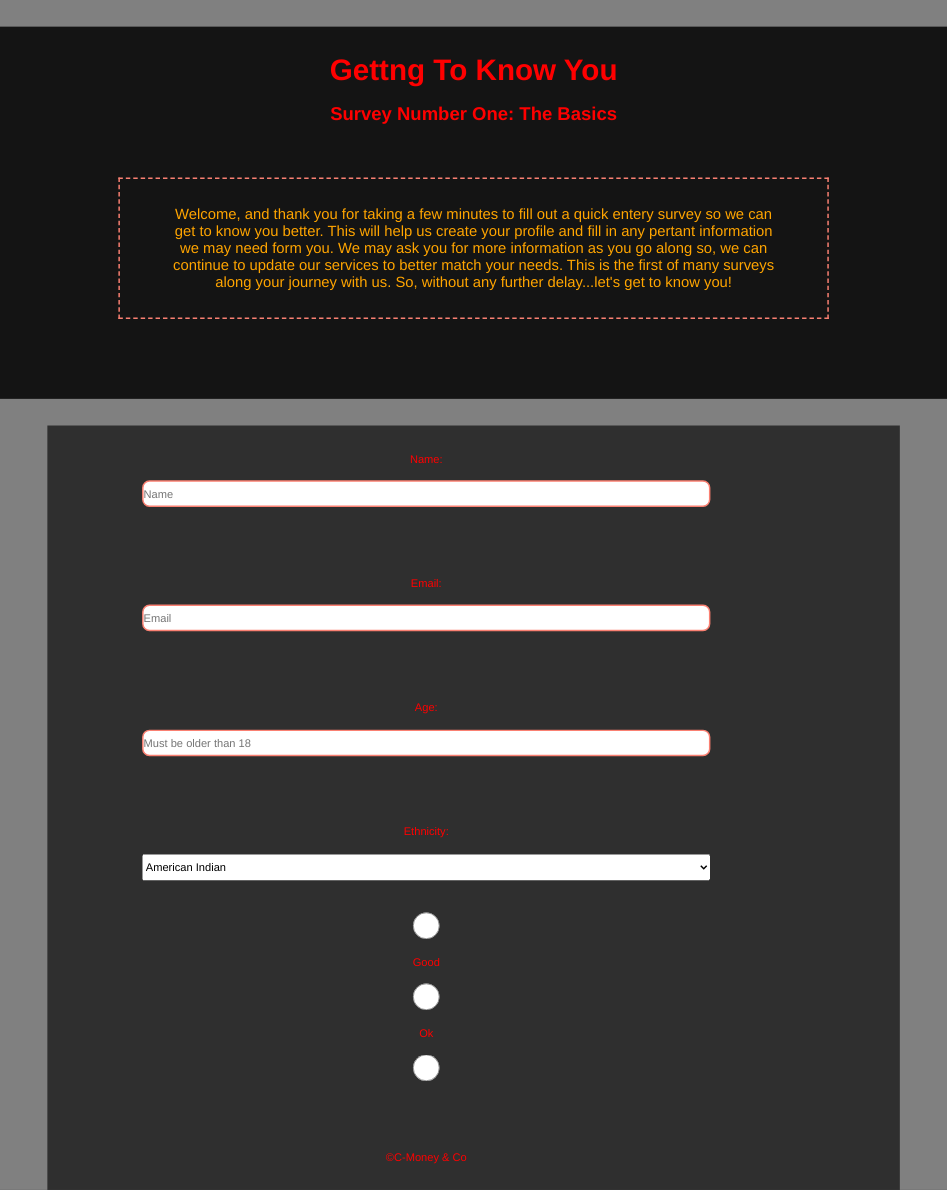
Repository: ctcoleman/surveyForm
Page: index.html
The author's editor kept a copy of each file at every save. The page is drawn from the files as they stood at one save, then again after a run of saves.
The browser window is 1280 px wide. The pictures show the whole page, at 74% of full size.

Above is the page before, as saved 2020-06-28 21:25:06.
Console error: TypeError: Cannot read properties of null (reading 'addEventListener')

After the next 2 saves:
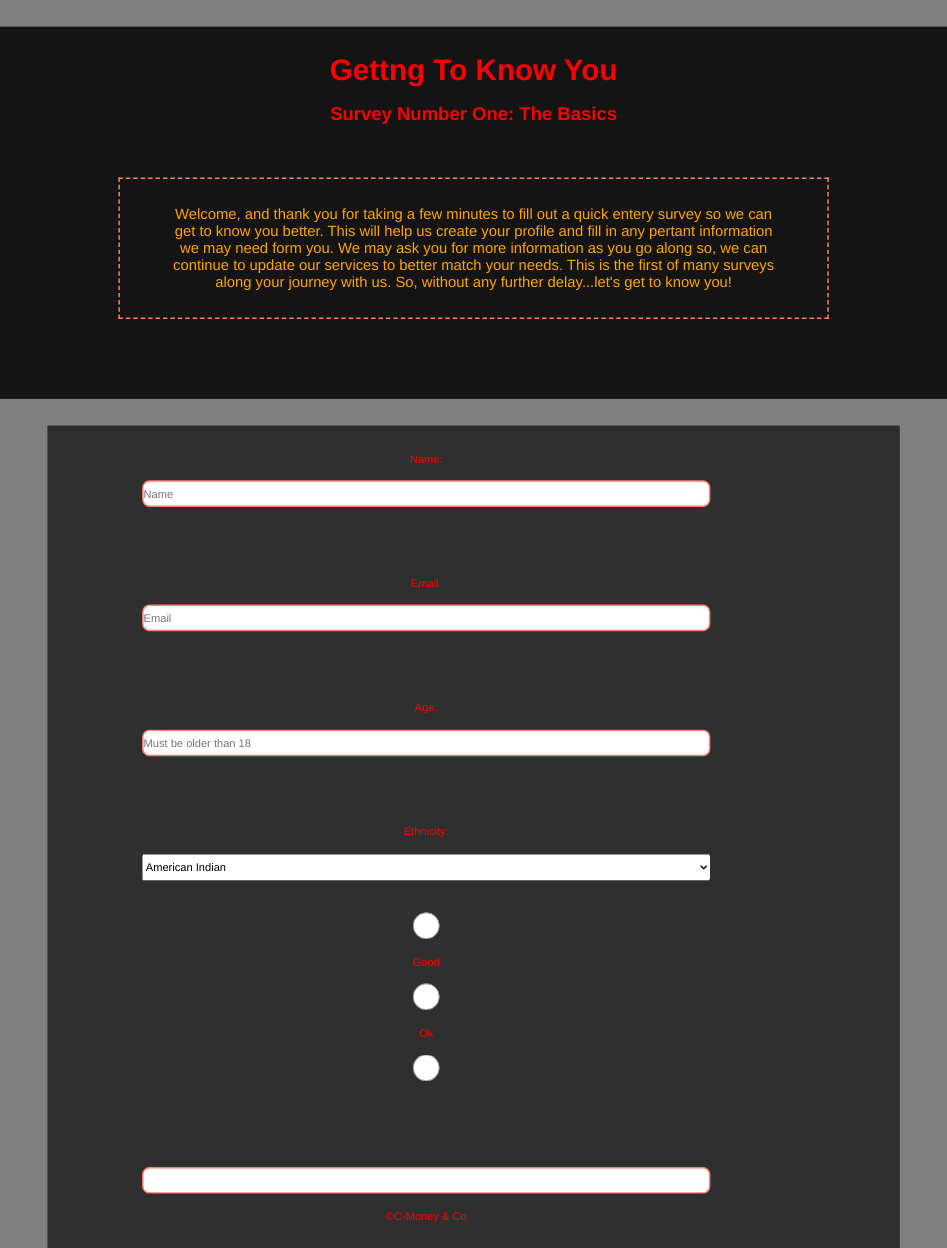
The 2 saves are shown as one change because they came seconds apart.
The last was saved 7 s later.
--- a/index.html
+++ b/index.html
@@ -77,7 +77,9 @@
 
       </div>
 
-      <div id="checkboxInputs" class="formEntery checkbox"
+      <div id="checkboxInputs" class="formEntery checkbox">
+        <input
+      </div>
     </form>
 
     <!-- Footer -->
